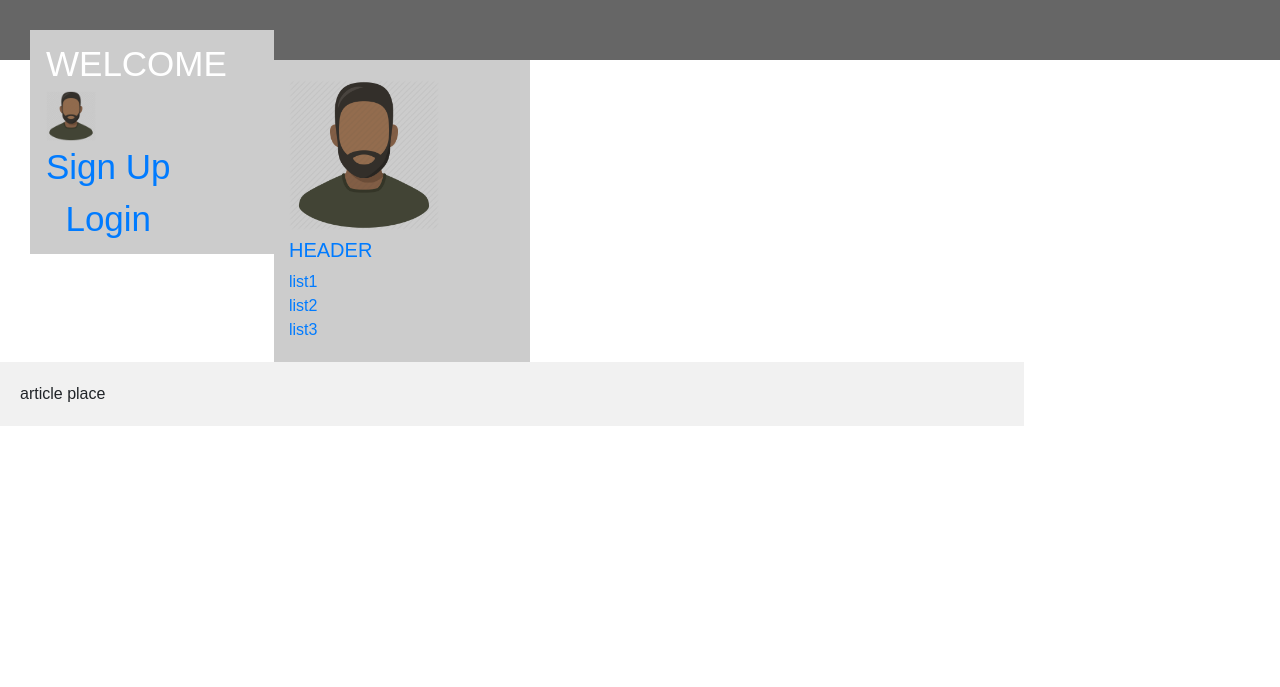
Repository: idrice24/IDRICE24-DASHBOARD
Page: html/header.html
These files come from the project's save history. The page is drawn as it stood at one moment and after the next save; the edit follows.
The browser window is 1280 px wide. The pictures show the whole page.

Above is the page before, as saved 2020-09-03 23:56:43.

After the next save:
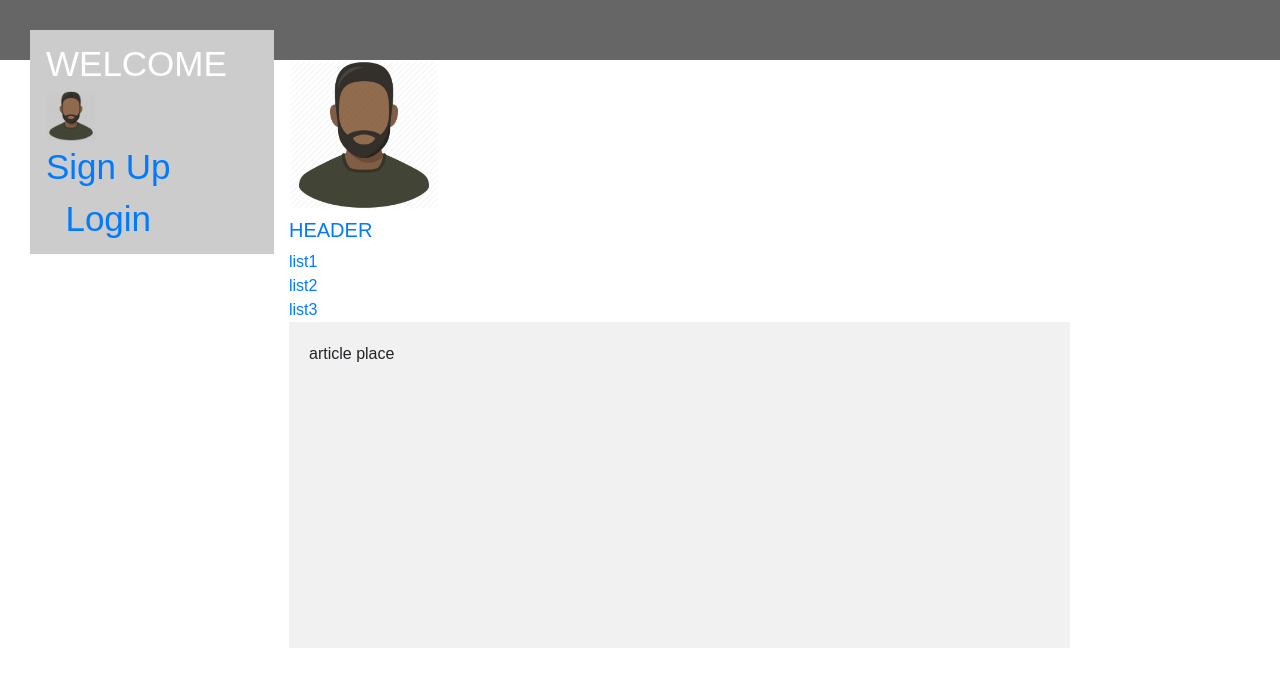
Saved 44 s later.
--- a/html/header.html
+++ b/html/header.html
@@ -23,7 +23,7 @@
         </nav>
     </header>
     <section>
-        <nav class="nav nav-pills nav-stacked">
+        <nav1 class="nav nav-pills nav-stacked">
             <div class="container-fluid">
                 <div class="row">
                     <div class="col-md-4">
@@ -41,7 +41,7 @@
                     <li><a href="#">list2</a></li>
                     <li><a href="#">list3</a></li>
                 </ul>
-        </nav>
+        </nav1>
 
 
 
